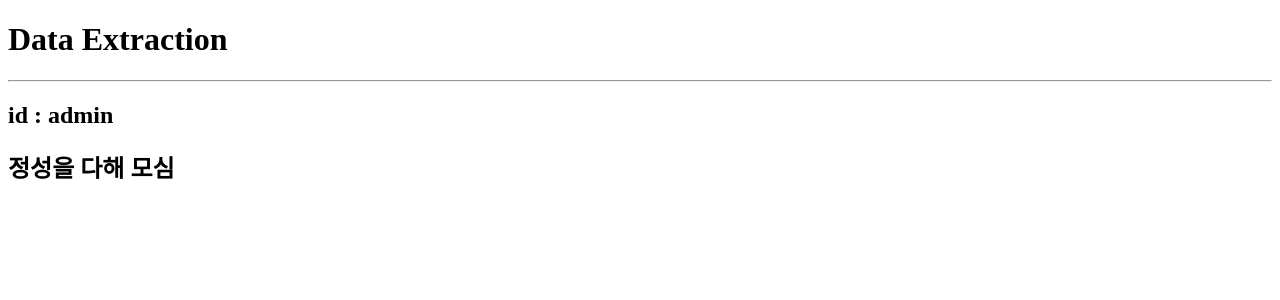
Repository: zxcvne/1400_web_nhs
Page: http://localhost/web/09_param.jsp
These files come from the project's save history. The page is drawn as it stood at one moment and after the next save; the edit follows.
The browser window is 1280 px wide. The pictures show the whole page.
The page is served by Tomcat 10. Other server files are loaded and not shown.

Above is the page before, as saved 2025-10-26 07:17:59.

### 05_jsp/src/web/src/main/webapp/09_param.jsp
<%@ page language="java" contentType="text/html; charset=UTF-8"
    pageEncoding="UTF-8"%>
<!DOCTYPE html>
<html>
<head>
<meta charset="UTF-8">
<title>Param Action Tag</title>
</head>
<%
	String shout = "야";

%>
<body>
	<h1>Parameter Action Tag</h1>
	<hr>
	<!-- expression Tag도 Action Tag 내 사용 가능 -->
	<jsp:forward page="09_param_process.jsp">
		<jsp:param name="id" value="admin"/>
		<jsp:param name="name" value="One and Only"/>
	</jsp:forward>
</body>
</html>

### 05_jsp/src/web/src/main/webapp/09_param_process.jsp
<%@ page language="java" contentType="text/html; charset=UTF-8"
    pageEncoding="UTF-8"%>
<!DOCTYPE html>
<html>
<head>
<meta charset="UTF-8">
<title>Param Response</title>
</head>
<body>
<%
	String id = request.getParameter("id");
	String treat = null;

	if(id.equals("admin")){
		treat ="정성을 다해 모심";
	}else {
		treat ="내쫓음";
	}
%>

<h1>Data Extraction</h1>
<hr>
<h2>id : <%= id %></h2>
<h2><%=treat%></h2>
</body>
</html>

After the next save:
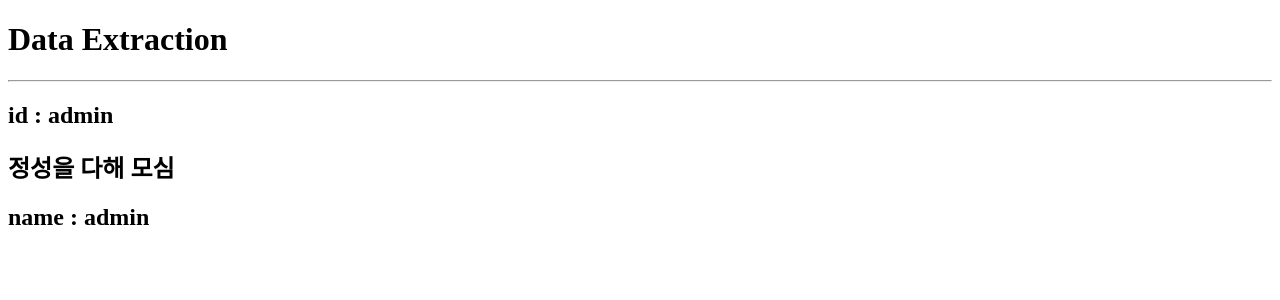
Saved 62 s later.
--- a/05_jsp/src/web/src/main/webapp/09_param_process.jsp
+++ b/05_jsp/src/web/src/main/webapp/09_param_process.jsp
@@ -22,5 +22,6 @@
 <hr>
 <h2>id : <%= id %></h2>
 <h2><%=treat%></h2>
+<h2>name : <%=request.getParameter("id")%></h2>
 </body>
 </html>
